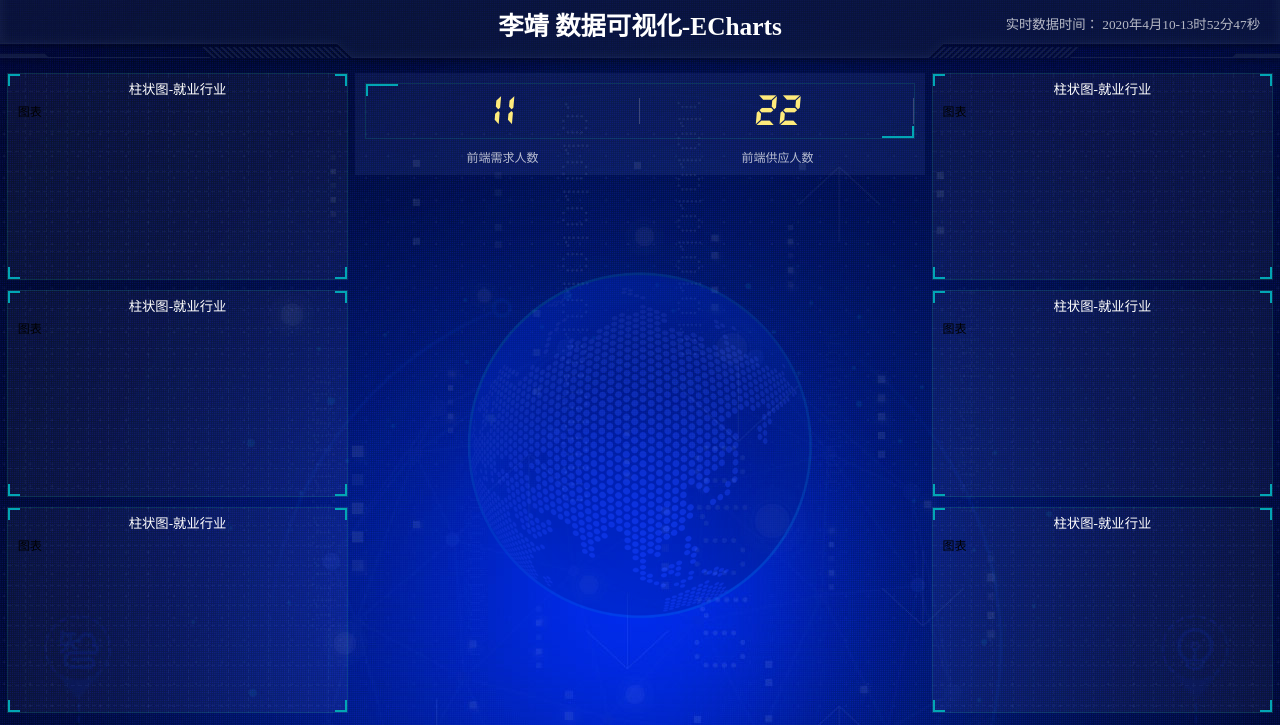
Repository: Jasonlee6789/ECharts
Page: Echarts/index.html
The author's editor kept a copy of each file at every save. The page is drawn from the files as they stood at one save, then again after the next save.
The browser window is 1280 px wide. The pictures show the whole page.
The style sheet was rebuilt from its Sass, Less or Tailwind sources for each picture, by a compiler version that may differ from the author's.

Above is the page before, as saved 2020-05-21 16:34:50.
Console error: ReferenceError: tme is not defined

After the next save:
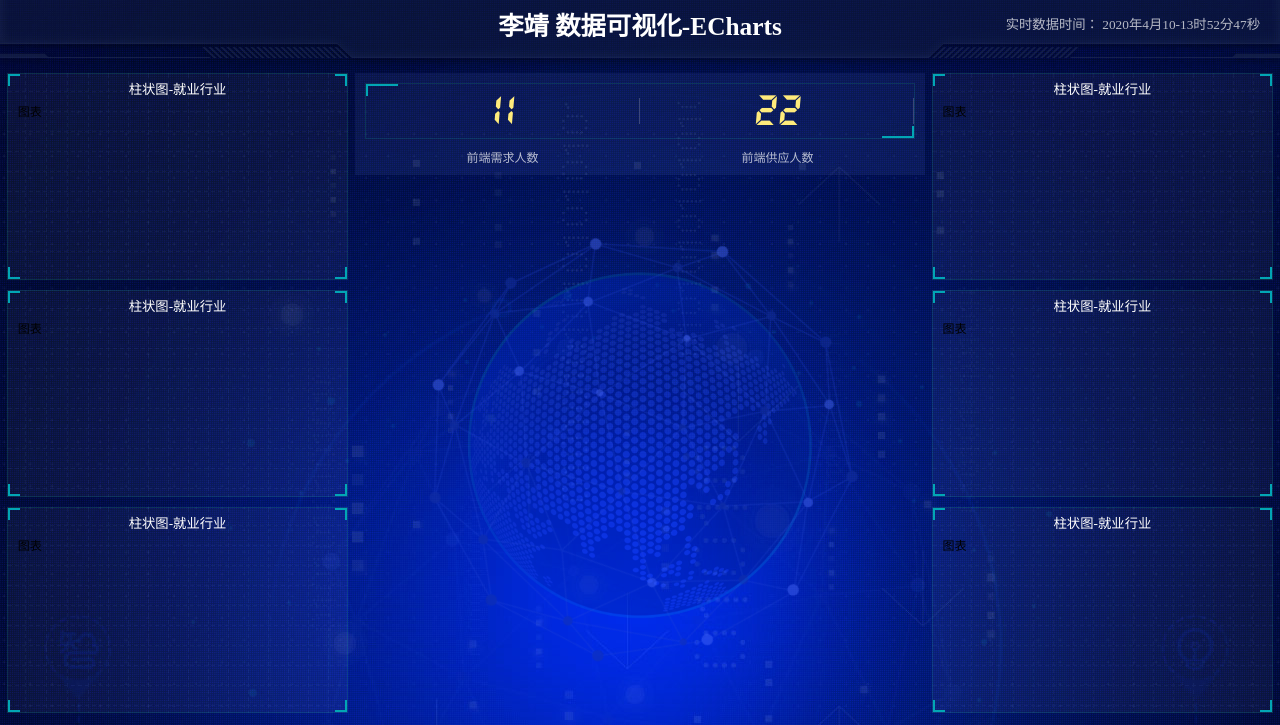
Saved 64 s later.
--- a/Echarts/index.html
+++ b/Echarts/index.html
@@ -70,6 +70,7 @@
 
             <div class="map">
                 <div class="map1"></div>
+                <div class="map2"></div>
             </div>
         </div>
 
